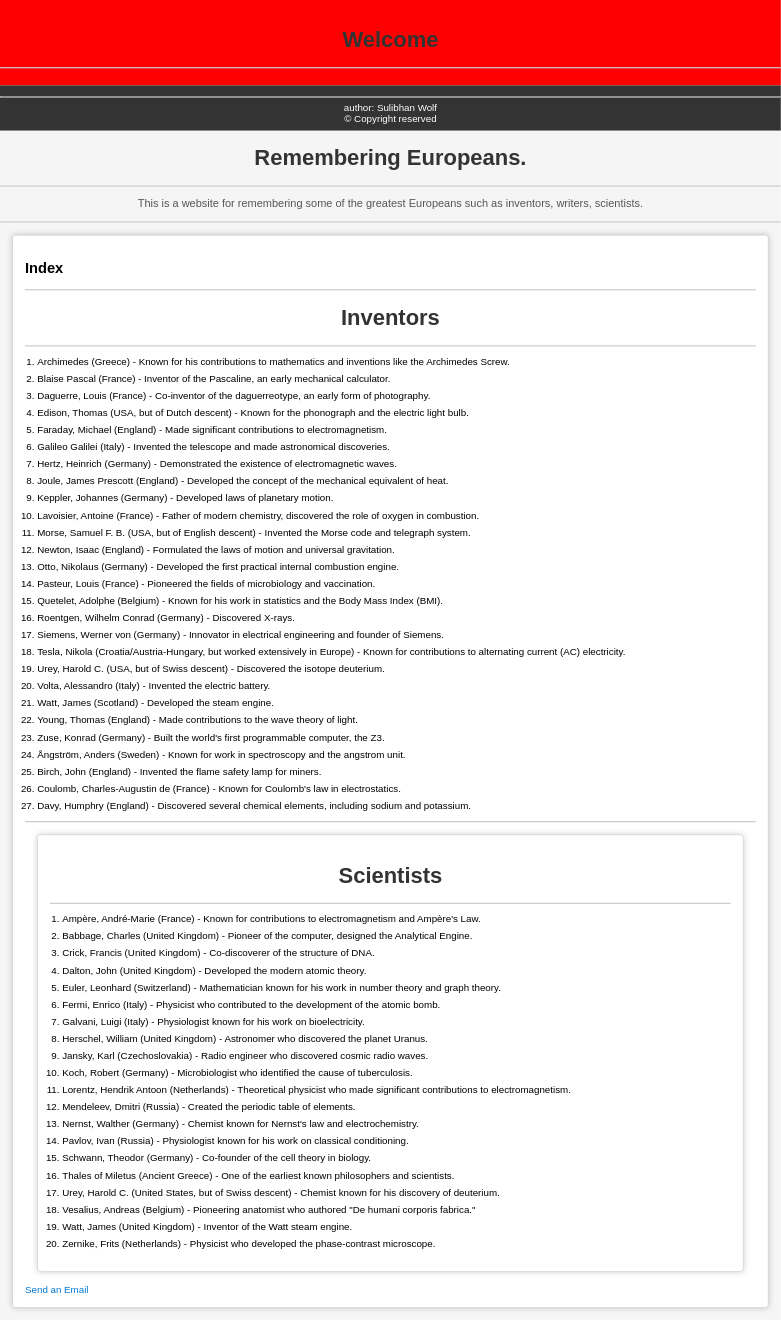
Repository: tomahawk2811/europe-website
Page: index.html
These files come from the project's save history. The page is drawn as it stood at one moment and after the next save; the edit follows.
The browser window is 1280 px wide. The pictures show the whole page, at 61% of full size.
Some web fonts or font styles are not loaded; a fallback is used.

Above is the page before, as saved 2023-09-06 18:14:42.

### index.html
<!DOCTYPE html>
<html lang="en">
<head>
    <meta charset="UTF-8">
    <title>Remembering the most popular figures from Europe.</title>
    <link rel="preconnect" href="https://fonts.googleapis.com">
    <link rel="preconnect" href="https://fonts.gstatic.com" crossorigin>
    <link href="https://fonts.googleapis.com/css2?family=Atkinson+Hyperlegible:ital@1&display=swap" rel="stylesheet">
    <style>
        /* Body styles */
        body {
            font-family: 'Atkinson Hyperlegible', sans-serif;
            margin: 0;
            padding: 0;
            background-color: #f5f5f5;
        }

        /* Header styles */
        header {
            background-color: rgb(255, 0, 0);
            color: white;
            text-align: center;
            padding: 20px 0;
        }

        /* Footer styles */
        footer {
            background-color: #333;
            color: white;
            text-align: center;
            padding: 10px 0;
        }

        /* Main content styles */
        h1 {
            text-align: center;
            font-size: 36px;
            color: #333;
        }

        hr {
            border: 1px solid #ccc;
        }

        p {
            text-align: center;
            font-size: 18px;
            color: #555;
        }

        /* Box styles */
        .box {
            background-color: white;
            border: 1px solid #ccc;
            padding: 20px;
            margin: 20px;
            border-radius: 5px;
            box-shadow: 0px 0px 10px rgba(0, 0, 0, 0.2);
        }

        /* List styles */
        .box ol {
            padding-left: 20px;
        }

        .box ol li {
            font-size: 16px;
            margin-bottom: 10px;
        }

        /* Links styles */
        a {
            color: #0078d4;
            text-decoration: none;
        }

        a:hover {
            text-decoration: underline;
        }
    </style>
</head>
<body>
    <header style="background-color: rgb(255, 0, 0)">
        <h1>Welcome</h1>
        <hr>
    </header>

    <footer>
        <hr>
        author: Sulibhan Wolf<br>
        &copy; Copyright reserved<br>
    </footer>

    <h1>Remembering Europeans.</h1>
    <hr>
    <p>
        This is a website for remembering some of the greatest Europeans such as inventors, writers, scientists.
    </p>
    <hr>

    <div class="box" id="box1">
        <h2>Index</h2>
        <hr>
        <div class="inventors">
            <h1>Inventors</h1>
            <hr>
            <ol>
                 <li>Archimedes (Greece) - Known for his contributions to mathematics and inventions like the Archimedes Screw.</li>
            <li>Blaise Pascal (France) - Inventor of the Pascaline, an early mechanical calculator.</li>
            <li>Daguerre, Louis (France) - Co-inventor of the daguerreotype, an early form of photography.</li>
            <li>Edison, Thomas (USA, but of Dutch descent) - Known for the phonograph and the electric light bulb.</li>
            <li>Faraday, Michael (England) - Made significant contributions to electromagnetism.</li>
            <li>Galileo Galilei (Italy) - Invented the telescope and made astronomical discoveries.</li>
            <li>Hertz, Heinrich (Germany) - Demonstrated the existence of electromagnetic waves.</li>
            <li>Joule, James Prescott (England) - Developed the concept of the mechanical equivalent of heat.</li>
            <li>Keppler, Johannes (Germany) - Developed laws of planetary motion.</li>
            <li>Lavoisier, Antoine (France) - Father of modern chemistry, discovered the role of oxygen in combustion.</li>
            <li>Morse, Samuel F. B. (USA, but of English descent) - Invented the Morse code and telegraph system.</li>
            <li>Newton, Isaac (England) - Formulated the laws of motion and universal gravitation.</li>
            <li>Otto, Nikolaus (Germany) - Developed the first practical internal combustion engine.</li>
            <li>Pasteur, Louis (France) - Pioneered the fields of microbiology and vaccination.</li>
            <li>Quetelet, Adolphe (Belgium) - Known for his work in statistics and the Body Mass Index (BMI).</li>
            <li>Roentgen, Wilhelm Conrad (Germany) - Discovered X-rays.</li>
            <li>Siemens, Werner von (Germany) - Innovator in electrical engineering and founder of Siemens.</li>
            <li>Tesla, Nikola (Croatia/Austria-Hungary, but worked extensively in Europe) - Known for contributions to alternating current (AC) electricity.</li>
            <li>Urey, Harold C. (USA, but of Swiss descent) - Discovered the isotope deuterium.</li>
            <li>Volta, Alessandro (Italy) - Invented the electric battery.</li>
            <li>Watt, James (Scotland) - Developed the steam engine.</li>
            <li>Young, Thomas (England) - Made contributions to the wave theory of light.</li>
            <li>Zuse, Konrad (Germany) - Built the world's first programmable computer, the Z3.</li>
            <li>Ångström, Anders (Sweden) - Known for work in spectroscopy and the angstrom unit.</li>
            <li>Birch, John (England) - Invented the flame safety lamp for miners.</li>
            <li>Coulomb, Charles-Augustin de (France) - Known for Coulomb's law in electrostatics.</li>
            <li>Davy, Humphry (England) - Discovered several chemical elements, including sodium and potassium.</li>
        </ol>
    </div>
<hr>
    <div class="box" id="box2">
        <h1>Scientists</h1>
        <hr>
        <ol>
            <li>Ampère, André-Marie (France) - Known for contributions to electromagnetism and Ampère's Law.</li>
            <li>Babbage, Charles (United Kingdom) - Pioneer of the computer, designed the Analytical Engine.</li>
            <li>Crick, Francis (United Kingdom) - Co-discoverer of the structure of DNA.</li>
            <li>Dalton, John (United Kingdom) - Developed the modern atomic theory.</li>
            <li>Euler, Leonhard (Switzerland) - Mathematician known for his work in number theory and graph theory.</li>
            <li>Fermi, Enrico (Italy) - Physicist who contributed to the development of the atomic bomb.</li>
            <li>Galvani, Luigi (Italy) - Physiologist known for his work on bioelectricity.</li>
            <li>Herschel, William (United Kingdom) - Astronomer who discovered the planet Uranus.</li>
            <li>Jansky, Karl (Czechoslovakia) - Radio engineer who discovered cosmic radio waves.</li>
            <li>Koch, Robert (Germany) - Microbiologist who identified the cause of tuberculosis.</li>
            <li>Lorentz, Hendrik Antoon (Netherlands) - Theoretical physicist who made significant contributions to electromagnetism.</li>
            <li>Mendeleev, Dmitri (Russia) - Created the periodic table of elements.</li>
            <li>Nernst, Walther (Germany) - Chemist known for Nernst's law and electrochemistry.</li>
            <li>Pavlov, Ivan (Russia) - Physiologist known for his work on classical conditioning.</li>
            <li>Schwann, Theodor (Germany) - Co-founder of the cell theory in biology.</li>
            <li>Thales of Miletus (Ancient Greece) - One of the earliest known philosophers and scientists.</li>
            <li>Urey, Harold C. (United States, but of Swiss descent) - Chemist known for his discovery of deuterium.</li>
            <li>Vesalius, Andreas (Belgium) - Pioneering anatomist who authored "De humani corporis fabrica."</li>
            <li>Watt, James (United Kingdom) - Inventor of the Watt steam engine.</li>
            <li>Zernike, Frits (Netherlands) - Physicist who developed the phase-contrast microscope.</li>
        </ol>
    </div>

    <a href="mailto:sulibhanwolf88@gmail.com">Send an Email</a>
</body>
</html>

After the next save:
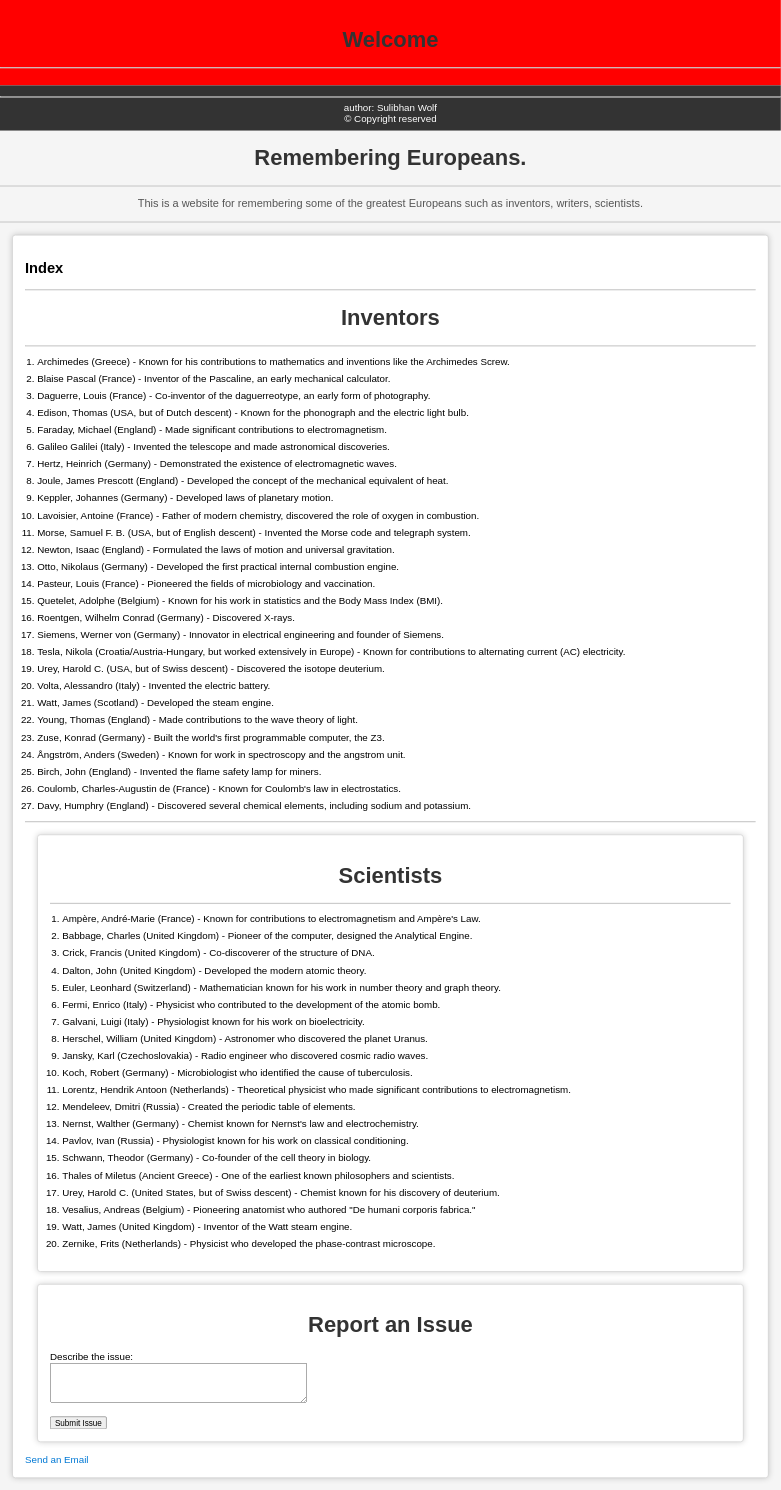
Saved 2 min 30 s later.
--- a/index.html
+++ b/index.html
@@ -162,6 +162,14 @@
         </ol>
     </div>
 
+    <div class="box" id="box3">
+        <h1>Report an Issue</h1>
+        <form action="submit_issue.php" method="post">
+            <label for="issue">Describe the issue:</label><br>
+            <textarea id="issue" name="issue" rows="4" cols="50" required></textarea><br><br>
+            <input type="submit" value="Submit Issue">
+        </form>
+    </div>
     <a href="mailto:sulibhanwolf88@gmail.com">Send an Email</a>
 </body>
 </html>
